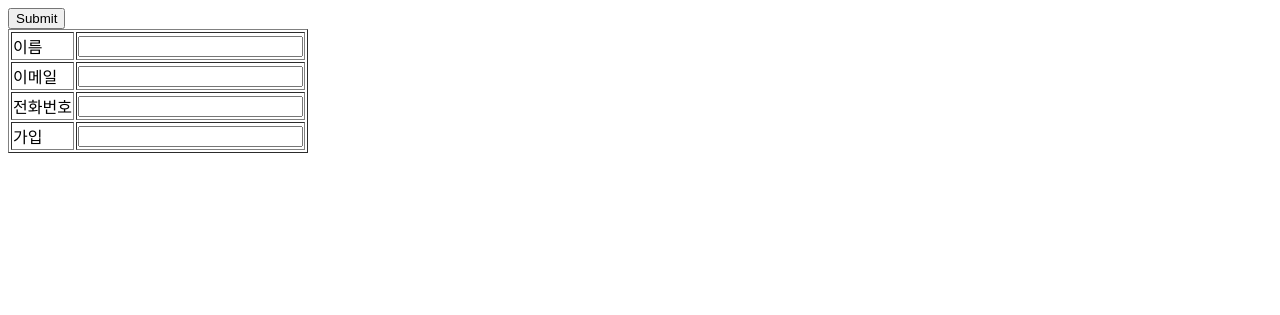
Repository: kr1124/jsp
Page: http://localhost/ServletProject/actiontag/register.jsp
An editor plug-in stored every save of this project. The page is shown before and after the next save, followed by the edit.
The browser window is 1280 px wide. The pictures show the whole page.
The page is served by Tomcat 9. Other server files are loaded and not shown.

Above is the page before, as saved 2024-12-05 03:04:48.

### ServletProject/src/main/webapp/actiontag/register.jsp
<%@ page language="java" contentType="text/html; charset=UTF-8"
    pageEncoding="UTF-8"%>
<!DOCTYPE html>
<html>
	<head>
		<meta charset="UTF-8">
		<title>고객 가입 페이지</title>
	</head>
	<body>
		<form action="add.jsp" method="post" >
			<table border="1" width="300">
				<tr>
					<td width="100">이름</td>
					<td width="200"><input type="text" name="name" size="25"></td>
				</tr>
				<tr>
					<td width="100">이메일</td>
					<td width="200"><input type="email" name="email" size="25"></td>
				</tr>
				<tr>
					<td width="100">전화번호</td>
					<td width="200"><input type="text" name="tel" size="25"></td>
				</tr>
				<tr>
					<td width="100">가입</td>
					<td width="200"><input type="text" name="tel" size="25"></td>
				</tr>


				<input type="submit" name="회원가입">
			</table>
		</form>
	</body>
</html>

After the next save:
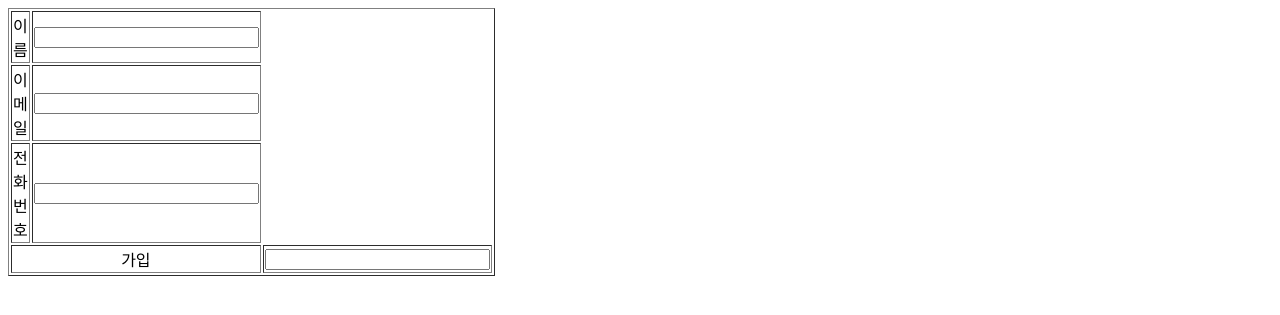
Saved 22 s later.
--- a/ServletProject/src/main/webapp/actiontag/register.jsp
+++ b/ServletProject/src/main/webapp/actiontag/register.jsp
@@ -22,12 +22,12 @@
 					<td width="200"><input type="text" name="tel" size="25"></td>
 				</tr>
 				<tr>
-					<td width="100">가입</td>
+					<td colspan="2" align="center">가입</td>
 					<td width="200"><input type="text" name="tel" size="25"></td>
 				</tr>
 
 
-				<input type="submit" name="회원가입">
+
 			</table>
 		</form>
 	</body>
